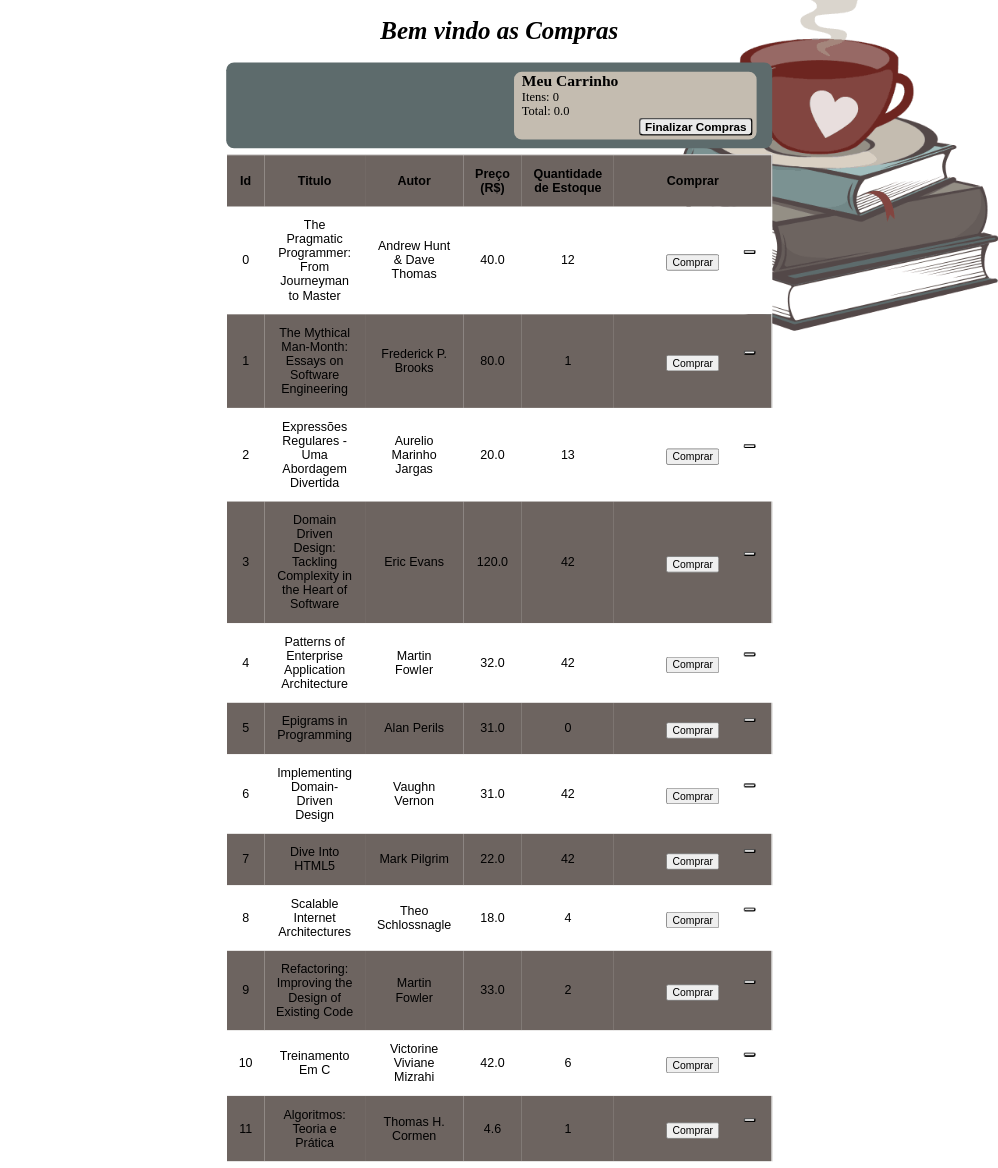
Repository: gabriellacrystina/ProjetoTegra
Page: http://localhost/book-store/Produtos
An editor plug-in stored every save of this project. The page is shown before and after the next save, followed by the edit.
The browser window is 1280 px wide. The pictures show the whole page, at 78% of full size.
Backgrounds fixed to the window are drawn as part of the page. The page is served by Tomcat 9. Other server files are loaded and not shown.

Above is the page before, as saved 2016-07-05 00:22:24.

### book-store/WebContent/index.jsp
<%@ page language="java" contentType="text/html; charset=UTF-8"
    pageEncoding="UTF-8"%>
<%@ page import="model.Produto" %>
<%@ page import="model.Item" %>
<%@ page import="java.util.ArrayList" %>
<%@ page import="java.util.List" %>

<!DOCTYPE html PUBLIC "-//W3C//DTD HTML 4.01 Transitional//EN" "http://www.w3.org/TR/html4/loose.dtd">
<html>
	<head>
		<meta http-equiv="Content-Type" content="text/html; charset=UTF-8">
		<link rel="stylesheet" type="text/css" href="book_store_stile.css">
		<script src="controle-compra.js"></script>
		<title>BookStore</title>
	</head>
	<body>

		<div class="cabecalho">
			<h1>Bem vindo as Compras</h1>
		</div>
		<form action="Produtos" method="post">
		<%

				List<Produto> produtos = (ArrayList<Produto>) session.getAttribute("listaProdutos");
				ArrayList<Item> livrosEscolhidos = (ArrayList<Item>)session.getAttribute("listaItens");
				int quantidade = 0;
				double total = 0;
				if(livrosEscolhidos == null){
					quantidade = 0;
					total = 0;
				}else{
					for(Item i: livrosEscolhidos){
						quantidade = i.getQuantidade();
						total = i.getProduto().getPreco() * quantidade;
					}
				}
			%>
			<div class="meu-carrinho">
				<div class="carrinho">
					<label id="meu-carrinho">Meu Carrinho</label><br>
					Itens: <label class="lbl-itens" id="qtde-itens" /><%=quantidade%><br>
					Total: <label class="lbl-total" id="total" /><%=total%><br>
					<button class="btn" id="btn-finalizar-compra" onclick="validaCarrinho()">Finalizar Compras</button>
				</div>
			</div>

			<table id="tbl-books">
			  <tr>
			  	<th class="id-livro">Id</th>
			    <th>Titulo</th>
			    <th>Autor</th>
			    <th>Preço (R$)</th>
			    <th>Quantidade de Estoque</th>
			    <th>Comprar</th>
			  </tr>
			  <%
			  	for(Produto p: produtos){
		  		%>
		  			<tr class="livros">
		  				<td class="id-livro"><%= p.getId() %></td>
						<td class="nome-livro"><%= p.getTitulo() %></td>
						<td class="nome-autor"><%= p.getAutor() %></td>
						<td class="preco"><%= p.getPreco() %></td>
						<td class="estoque"><%= p.getEstoque() %></td>
						<td>
							<form action="Produtos" method="post" name="produtos" >
								<input type="hidden" name="id-livro" value="<%= p.getId() %>">
								<button class="btn btn-comprar" type="submit" ></button>
								<input  type="submit" name="submit" value="Comprar" ></input>
							</form>

						</td>
					</tr>
		  		<%
			  	}
			  %>
			</table>
		</form>
	</body>
</html>

### book-store/src/servlet/BuscaProdutos.java
package servlet;

import java.io.IOException;

import javax.servlet.ServletException;
import javax.servlet.annotation.WebServlet;
import javax.servlet.http.HttpServlet;
import javax.servlet.http.HttpServletRequest;
import javax.servlet.http.HttpServletResponse;
import javax.servlet.http.HttpSession;

import java.util.ArrayList;
import java.util.List;

import model.Item;
import model.Produto;
import dao.ProdutoDAO;

/**
 * Servlet implementation class BuscaProdutos
 * Classe responsavel por gerar uma lista estatica de produtos;
 * E ainda montar uma lista de livros escolhidos pelo o usuário.
 *
 */
@WebServlet("/Produtos")
public class BuscaProdutos extends HttpServlet {
	private static final long serialVersionUID = 1L;

    /**
     * @see HttpServlet#HttpServlet()
     */
    public BuscaProdutos() {
        super();
        // TODO Auto-generated constructor stub
    }

	/**
	 * @see HttpServlet#doGet(HttpServletRequest request, HttpServletResponse response)
	 */
	protected void doGet(HttpServletRequest request, HttpServletResponse response) throws ServletException, IOException {

		HttpSession sessao = request.getSession();

		//Gerando lista estatica.
		List<Produto> produtos = new ProdutoDAO().getListaProdutos();

		//colocando na sessao a lista de produtos
		sessao.setAttribute("listaProdutos", produtos);

		//redirecionar pro index.
		request.getRequestDispatcher("index.jsp").forward(request, response);
	}

	/**
	 * @see HttpServlet#doPost(HttpServletRequest request, HttpServletResponse response)
	 */
	protected void doPost(HttpServletRequest request, HttpServletResponse response) throws ServletException, IOException {
		HttpSession sessao = request.getSession();
		Item item = new Item();
		Produto produto;
		double subtotal = 0, total=0;
		Integer indice, quantidade=0, qtdeLivros=0;
		Item itemEncontrado = null;

		//captura Lista de Produtos e LivrosEscolhidos da sessao.
		List<Produto> produtos = (ArrayList<Produto>) sessao.getAttribute("listaProdutos");
		ArrayList<Item> livrosEscolhidos = (ArrayList<Item>) sessao.getAttribute("listaItens");

		if(livrosEscolhidos == null){
			livrosEscolhidos = new ArrayList<Item>();
			sessao.setAttribute("listaItens", livrosEscolhidos);
		}

		//Indice do livro
		indice = Integer.parseInt(request.getParameter("id-livro"));
		produto = produtos.get(indice);

		if(produto.contemEstoqueDisponivel()){
			/**Montando um item para adicionar em livrosEscolhidos.**/
			//Se a lista estiver vazia
			if(livrosEscolhidos.isEmpty()){
				//add item
				item.setProduto(produto);

				quantidade = item.getQuantidade() + 1;
				item.setQuantidade(quantidade);

				subtotal = quantidade * produto.getPreco();
				item.setSubtotal(subtotal);

				livrosEscolhidos.add(item);

				produto.atualizaEstoqueVenda();
			}else{
				//Senao percorre a lista
				for(int i=0; i<livrosEscolhidos.size(); i++){
					//verifica se o item a ser adicionado já existe na lista de livros Escolhidos
					if(produto.getTitulo().equals(livrosEscolhidos.get(i).getProduto().getTitulo())){
						itemEncontrado = livrosEscolhidos.get(i);
					}
				}
				//item já existe na lista?
				if(itemEncontrado != null){
					//atualiza a quantidade e o subtotal deste item
					itemEncontrado.adicionarQuantidade();

					itemEncontrado.adicionarSubtotal(produto.getPreco());

					produto.atualizaEstoqueVenda();
				}else{
					//senao adiciona um novo item na lista
					item.setProduto(produto);

					quantidade = item.getQuantidade() + 1;
					item.setQuantidade(quantidade);

					subtotal = quantidade * produto.getPreco();
					item.setSubtotal(subtotal);

					livrosEscolhidos.add(item);

					produto.atualizaEstoqueVenda();
				}
			}
		}

		//Total de livros e valor correspondente
		if( livrosEscolhidos != null){
			for(Item i: livrosEscolhidos){
				qtdeLivros = qtdeLivros + i.getQuantidade();
				total = total +  i.getProduto().getPreco() * i.getQuantidade();
			}
		}

		sessao.setAttribute("qtdeLivros", qtdeLivros);
		sessao.setAttribute("total", total);
		request.getRequestDispatcher("index.jsp").forward(request, response);
	}
}

### book-store/src/dao/ProdutoDAO.java
package dao;

import java.util.ArrayList;
import java.util.List;

import model.Produto;

/**
 * Produto(Data Object Access)
 *
 * Classe que simula acesso ao banco de dados
 */

public class ProdutoDAO {

	private final static List<Produto> listaProdutos = new ArrayList<>();

	static{
		adicionaProduto(new Produto("The Pragmatic Programmer: From Journeyman to Master", "Andrew Hunt & Dave Thomas", 40.00, 12));
		adicionaProduto(new Produto("The Mythical Man-Month: Essays on Software Engineering", "Frederick P. Brooks", 80.00, 1));
		adicionaProduto(new Produto("Expressões Regulares - Uma Abordagem Divertida", "Aurelio Marinho Jargas",20.00 ,13 ));
		adicionaProduto(new Produto("Domain Driven Design: Tackling Complexity in the Heart of Software", "Eric Evans", 120.00, 42));
		adicionaProduto(new Produto("Patterns of Enterprise Application Architecture", "Martin FowIer", 32.00, 42));
		adicionaProduto(new Produto("Epigrams in Programming", "Alan Perils", 31.00, 0));
		adicionaProduto(new Produto("Implementing Domain-Driven Design", "Vaughn Vernon", 31.00, 42));
		adicionaProduto(new Produto("Dive Into HTML5", "Mark Pilgrim", 22.00, 42));
		adicionaProduto(new Produto("Scalable Internet Architectures", "Theo Schlossnagle", 18.00, 4));
		adicionaProduto(new Produto("Refactoring: Improving the Design of Existing Code", "Martin Fowler", 33.00, 2));
		adicionaProduto(new Produto("Treinamento Em C", "Victorine Viviane Mizrahi", 42.00, 6));
		adicionaProduto(new Produto("Algoritmos: Teoria e Prática", "Thomas H. Cormen", 4.60, 1));
	}


	//Metodo que gera id automático e adiciona um produto na lista.
	private static void adicionaProduto(Produto produto){
		int id = listaProdutos.size();
		produto.setId(id);
		listaProdutos.add(produto);
	}

	public List<Produto> getListaProdutos(){
		return listaProdutos;
	}
}

### book-store/src/model/Produto.java
package model;

public class Produto {

	private int id;
	private String titulo;
	private String autor;
	private Double preco;
	private int estoque;

	public Produto(String titulo, String autor, Double preco, int estoque) {
		this.titulo = titulo;
		this.autor = autor;
		this.preco = preco;
		this.estoque = estoque;
	}

	public int getId(){
		return id;
	}

	public void setId(int id){
		this.id = id;
	}

	public String getTitulo() {
		return titulo;
	}

	public String getAutor() {
		return autor;
	}

	public Double getPreco() {
		return preco;
	}

	public int getEstoque() {
		return estoque;
	}

	public void atualizaEstoqueVenda(){
		this.estoque -= 1;
	}

	public void atualizaEstoqueDevolucao(){
		this.estoque += 1;
	}
}

### book-store/WebContent/book_store_stile.css
@CHARSET "ISO-8859-1";

body {
	background-image: url("teste.png");
	background-repeat: no-repeat;
	background-position: right top;
	background-attachment: fixed;
    width: 700px;
    margin-left: auto;
	margin-right: auto;
}

h1 {
	font-style: oblique;
	text-align: center;
    color: #000000;
}

#tbl-books {
	width: 100%;
	font-family: "Arial", "Helvetica", sans-serif;
	border: 1px solid #ffffff;
    border-collapse: collapse;

}

#tbl-books tr:nth-child(even){
	background-color: #FFFFFF
}

#tbl-books tr:nth-child(odd){
	background-color: #6D6460;

}

th, td {
    padding: 15px;
    text-align: center;
}

.meu-carrinho{
	width: 100%;
	height: 110px;
	border-radius: 10px;
    padding: 12px 20px;
    margin: 8px 0;
    box-sizing: border-box;
	background-color: #5D6B6C;
	margin-left: auto;
	margin-right: auto;
}
.carrinho{
	float: right;
	background-color: #c4bcb0;
	border-radius: 10px;
	padding-left: 10px;
	padding-bottom: 5px;
	margin-left: auto;
	margin-right: auto;
}

#meu-carrinho{
	font-size: 20px;
	font-weight: bold;
}

.btn {
	font-family: "Arial", "Helvetica", sans-serif;
	border-radius: 5px;
	font-size: 15px;
	font-weight: bold;
	margin-left: 150px;
	margin-right: 5px;
	background-color: #e9e9e9;
}

#btn-comprar{
	margin-left: 10%;
}

### book-store/WebContent/controle-compra.js
/**
 * Controle de Compra. Arquivo que valida dados do arquivo index.jsp
 */

//capturando a lista de objetos pacientes da tabela
var trLivros = document.getElementsByClassName("livros");

for(var i=0; i < trLivros.length; i++ ){
	var livroTr = trLivros[i];

	var tdId = livroTr.getElementsByClassName("id-livro");
	var tdNomeLivro = livroTr.getElementsByClassName("nome-livro");
	var tdNomeAutor = livroTr.getElementsByClassName("nome-autor");
	var tdPreco =livroTr.getElementsByClassName("preco");
	var tdEstoque = livroTr.getElementsByClassName("estoque");

	var LivroAtual = {
		id : tdId.textContent,
		nomeLivro : tdNomeLivro.textContent,
		nomeAutor : tdNomeAutor.textContent,
		preco : tdPreco.textContent,
		estoque : tdEstoque.textContent,
		validaEstoque : function(){
			if(this.estoque == 0){
				alert("Produto indisponível em estoque!!");
			}
		}
	}
}


function validaCarrinho(){
	var qtdeItens = document.getElementById("qtde-itens").textContent;

	if(qtdeItens == 0){
		alert("Não há itens no carrinho!!");
	}
}

After the next save:
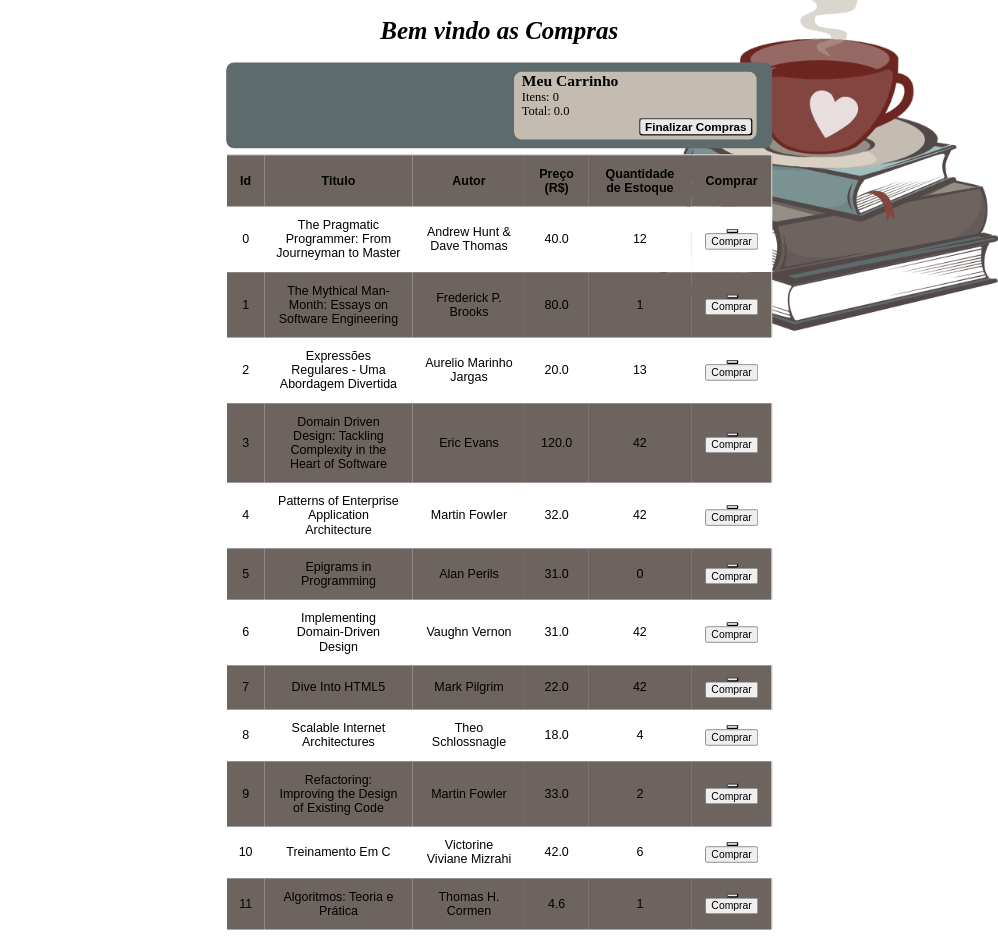
Saved 9 s later.
--- a/book-store/WebContent/book_store_stile.css
+++ b/book-store/WebContent/book_store_stile.css
@@ -74,6 +74,6 @@ th, td {
 	background-color: #e9e9e9;
 }
 
-#btn-comprar{
+.btn-comprar{
 	margin-left: 10%;
 }
